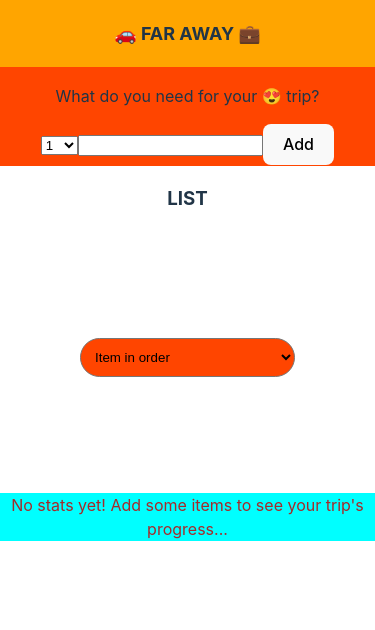
Repository: Celebration-cloud/Trip-Add-To-List
Page: /
The author's editor kept a copy of each file at every save. The page is drawn from the files as they stood at one save, then again after the next save.
The browser window is 375 px wide. The pictures show the whole page.
The project was rebuilt for these pictures with package versions that can differ from the ones it lists, and the page was loaded fresh each time. Also part of the build but not shown: vite.config.js.

Above is the page before, as saved 2023-10-29 17:16:31.

After the next save:
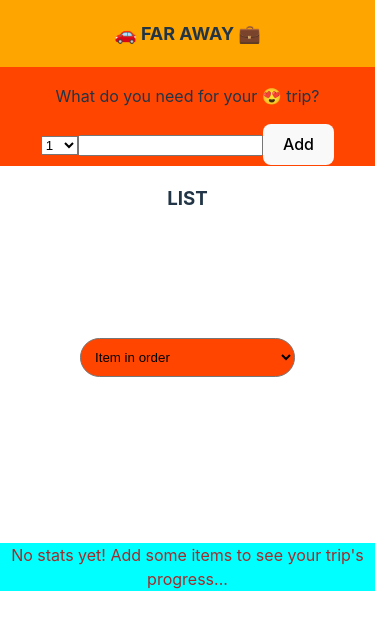
Saved 4 s later.
--- a/src/Trip-List/TripList.css
+++ b/src/Trip-List/TripList.css
@@ -19,7 +19,7 @@
     position: relative;
     background-color: aqua;
     color: brown;
-    top: 100px;
+    top: 150px;
     margin-bottom: auto;
     width: 100%;
 }
